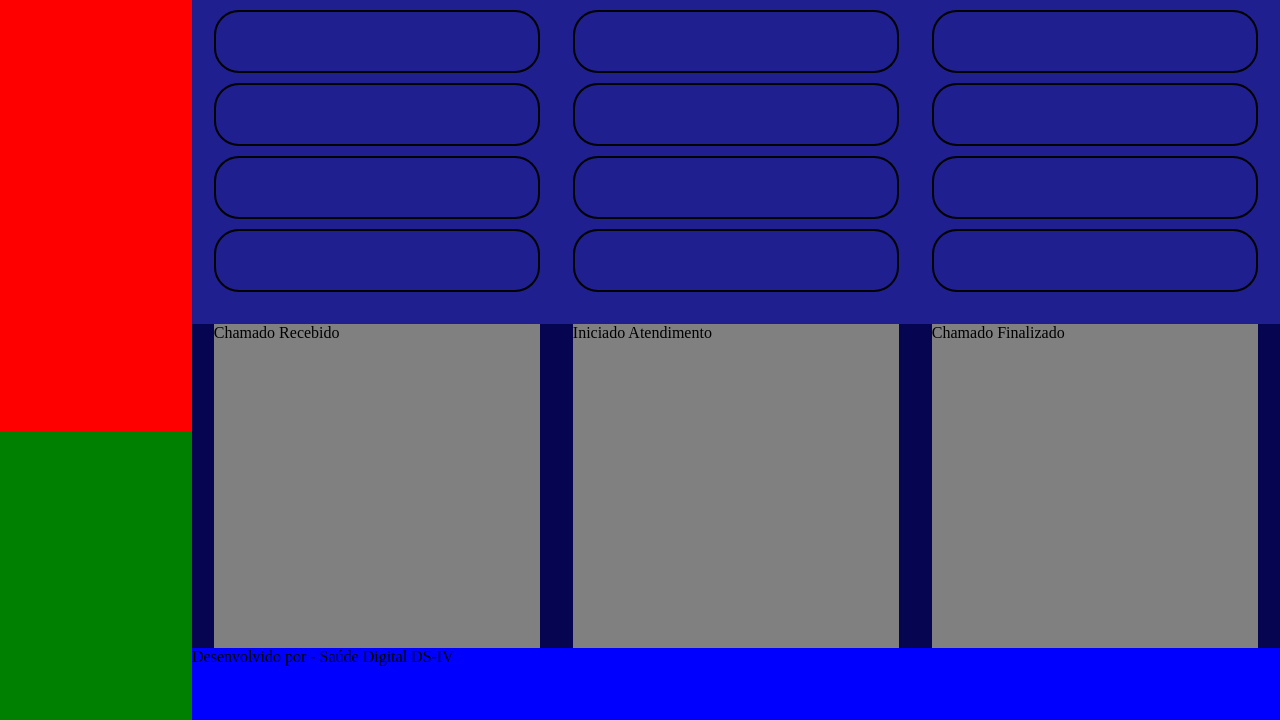
Repository: br-on/ddaf-chamados
Page: index.html
The author's editor kept a copy of each file at every save. The page is drawn from the files as they stood at one save, then again after the next save.
The browser window is 1280 px wide. The pictures show the whole page.

Above is the page before, as saved 2025-01-19 20:42:47.

After the next save:
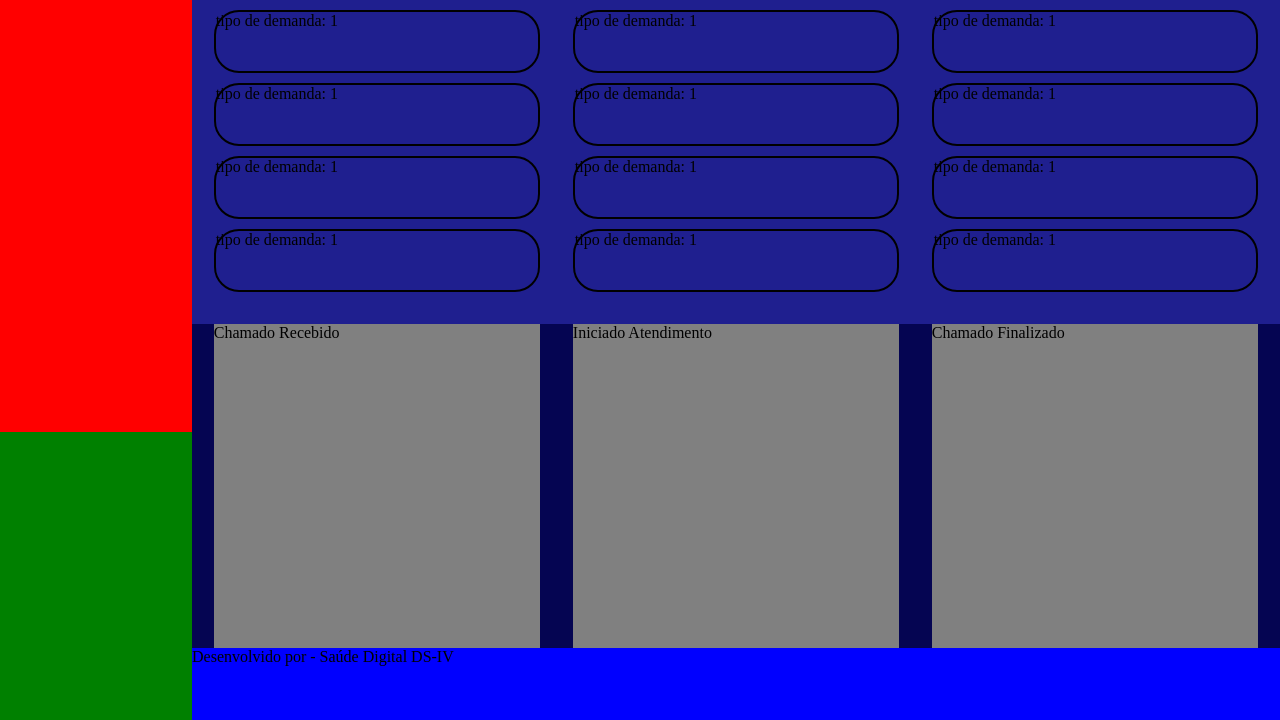
Saved 41 s later.
--- a/index.html
+++ b/index.html
@@ -13,18 +13,18 @@
     </header>
     <main>
         <section class="tipos-demandas">
-            <div class="demanda-tipo"></div>
-            <div class="demanda-tipo"></div>
-            <div class="demanda-tipo"></div>
-            <div class="demanda-tipo"></div>
-            <div class="demanda-tipo"></div>
-            <div class="demanda-tipo"></div>
-            <div class="demanda-tipo"></div>
-            <div class="demanda-tipo"></div>
-            <div class="demanda-tipo"></div>
-            <div class="demanda-tipo"></div>
-            <div class="demanda-tipo"></div>
-            <div class="demanda-tipo"></div>
+            <div class="demanda-tipo">tipo de demanda: 1</div>
+            <div class="demanda-tipo">tipo de demanda: 1</div>
+            <div class="demanda-tipo">tipo de demanda: 1</div>
+            <div class="demanda-tipo">tipo de demanda: 1</div>
+            <div class="demanda-tipo">tipo de demanda: 1</div>
+            <div class="demanda-tipo">tipo de demanda: 1</div>
+            <div class="demanda-tipo">tipo de demanda: 1</div>
+            <div class="demanda-tipo">tipo de demanda: 1</div>
+            <div class="demanda-tipo">tipo de demanda: 1</div>
+            <div class="demanda-tipo">tipo de demanda: 1</div>
+            <div class="demanda-tipo">tipo de demanda: 1</div>
+            <div class="demanda-tipo">tipo de demanda: 1</div>
         </section>
         <section class="andamento-demandas">
             <div class="demanda-andamento">Chamado Recebido</div>
